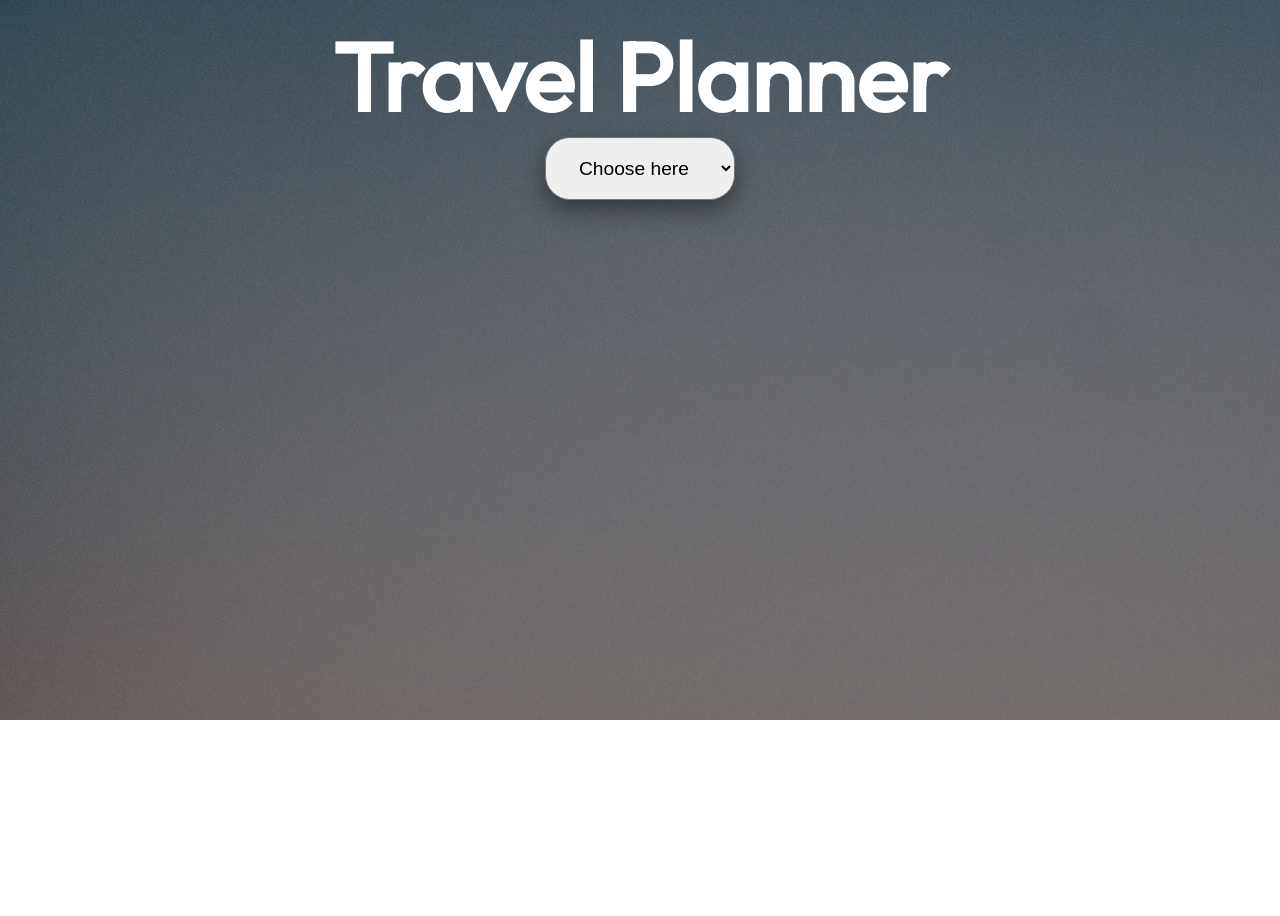
Repository: CPSC2720-LAB-GRP/Travel-Planner
Page: / (app in Travel Planner/client/)
The author's editor kept a copy of each file at every save. The page is drawn from the files as they stood at one save, then again after the next save.
The browser window is 1280 px wide. The pictures show the whole page.
The page's requests for data from a server got no answer. The project was rebuilt for these pictures with package versions that can differ from the ones it lists, and the page was loaded fresh each time. No one was signed in, and anything a server would have sent is missing.

Above is the page before, as saved 2022-08-01 15:54:32.

After the next save:
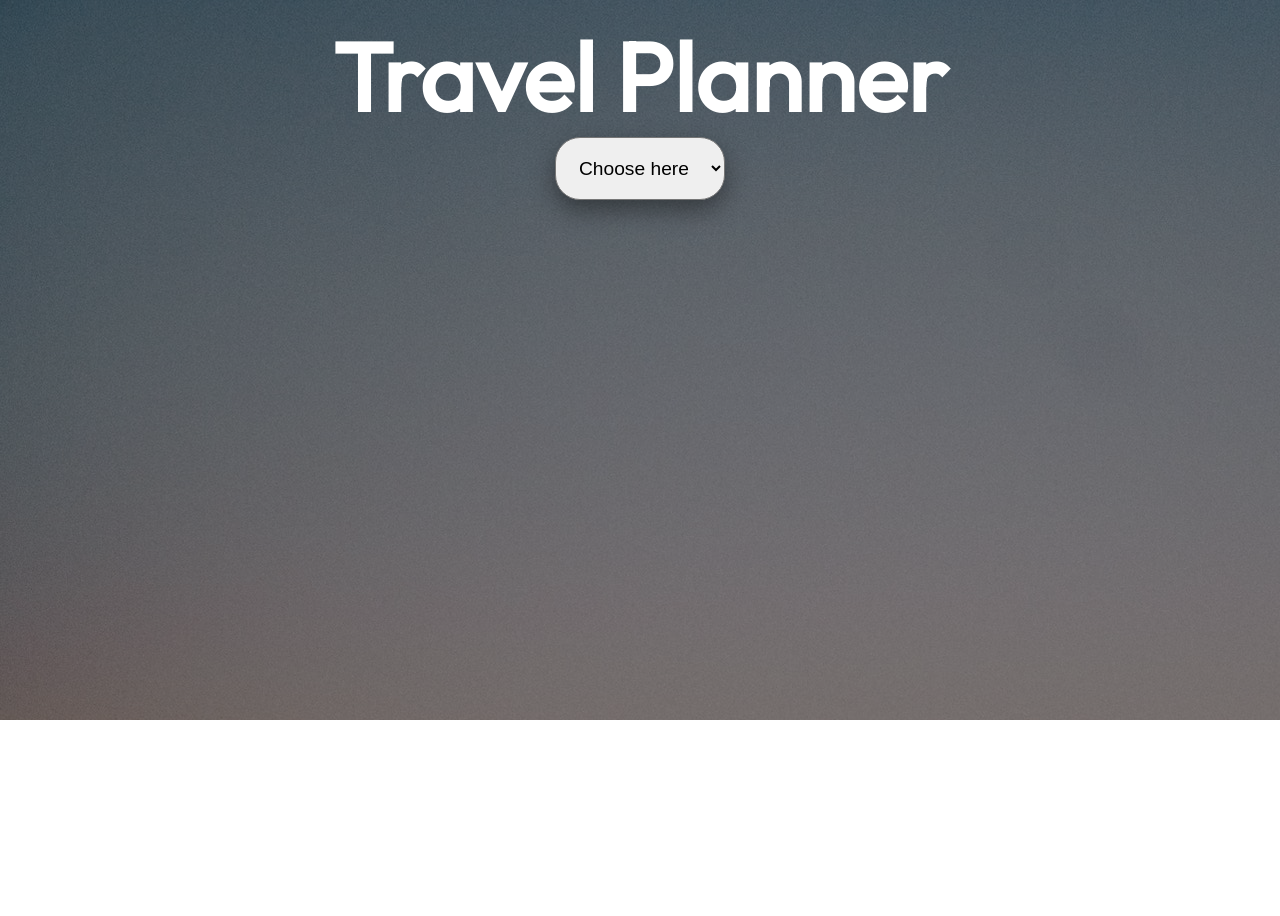
Saved 9 s later.
--- a/Travel Planner/client/src/index.css
+++ b/Travel Planner/client/src/index.css
@@ -58,7 +58,7 @@ h1 {
 select {
   box-shadow: 0 10px 25px rgba(0, 0, 0, 0.4);
   font-size: 1.2rem;
-  padding: 1em 1.5em;
+  padding: 1em 1em;
   border-radius: 25px;
 }
 
